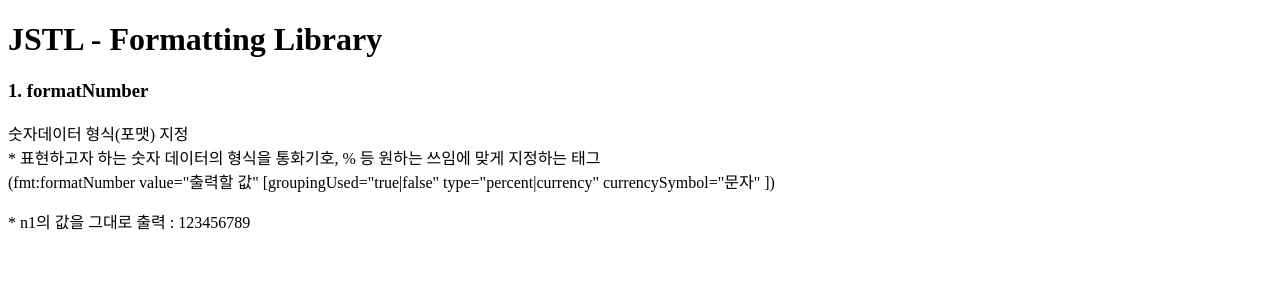
Repository: hailey-516/servlet
Page: http://localhost/3_elAction/views/3_Custom_Action/02_fmt.jsp
The author's editor kept a copy of each file at every save. The page is drawn from the files as they stood at one save, then again after the next save.
The browser window is 1280 px wide. The pictures show the whole page.
The page is served by Tomcat 9.

Above is the page before, as saved 2024-08-28 01:29:23.

After the next save:
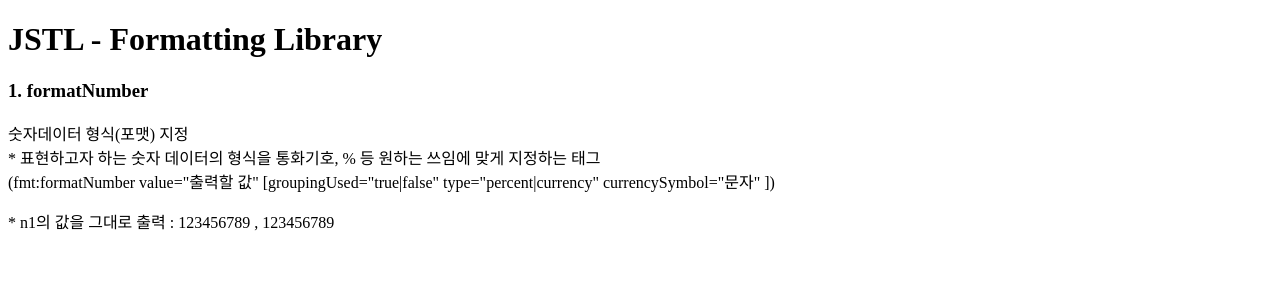
Saved 21 s later.
--- a/3_elAction/src/main/webapp/views/3_Custom_Action/02_fmt.jsp
+++ b/3_elAction/src/main/webapp/views/3_Custom_Action/02_fmt.jsp
@@ -27,6 +27,7 @@
 	<c:set var="n2" value="0.77" />
 	<c:set var="n3" value="50000" />
 
-	* n1의 값을 그대로 출력 : <c:out value="${ n1 }" />
+	* n1의 값을 그대로 출력 : <c:out value="${ n1 }" /> , ${ n1 } <br>
+
 </body>
 </html>
